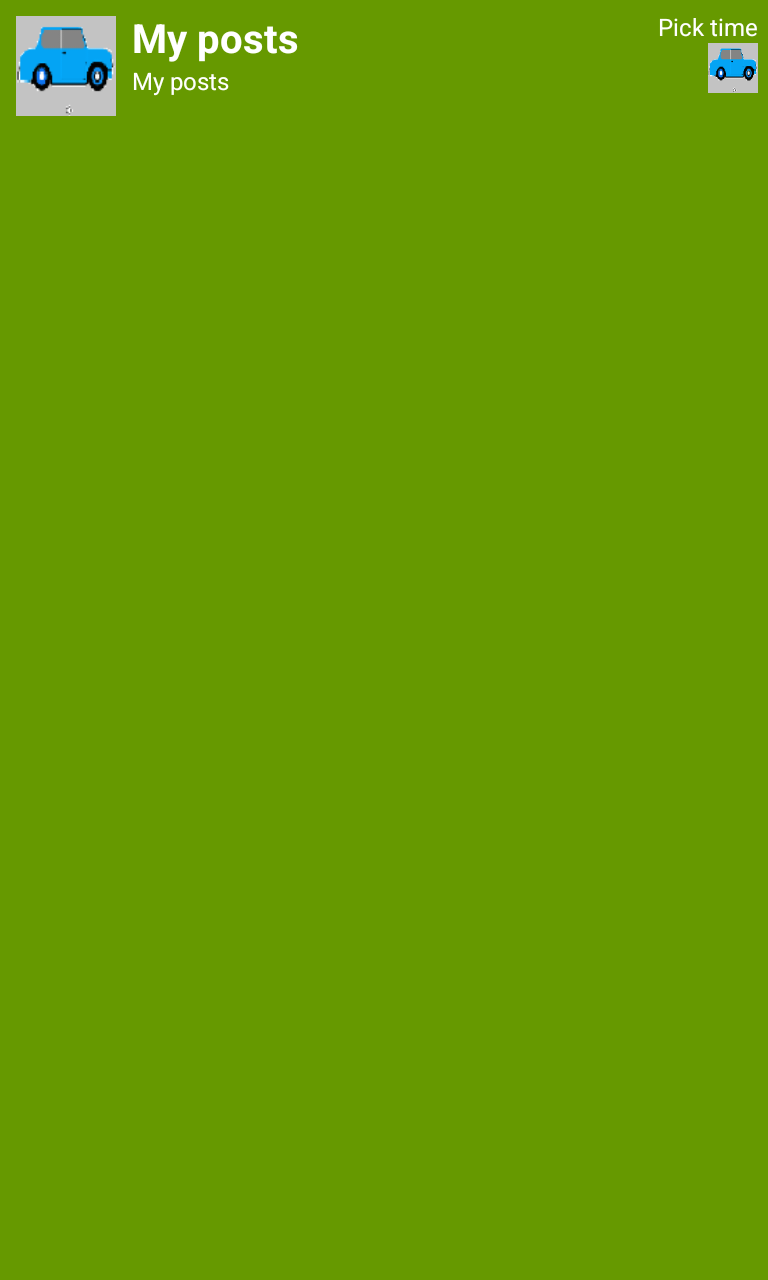
Repository: bwoldemi/LilyTrans
Layout: TransLily/res/layout/ask_ride_list_view.xml
An editor plug-in stored every save of this project. The layout is shown before and after the next save, followed by the edit.
It is drawn on a 768 x 1280 px phone screen (xhdpi) without system bars, with theme AppTheme; the app's code is not run.

Above is the layout before, as saved 2014-11-08 15:43:18.

### TransLily/res/layout/ask_ride_list_view.xml
<?xml version="1.0" encoding="utf-8"?>
<RelativeLayout xmlns:android="http://schemas.android.com/apk/res/android"
    android:layout_width="match_parent"
    android:layout_height="wrap_content"
    android:background="@color/background"
    android:padding="5dp" >

    <LinearLayout
        android:id="@+id/thumbnail"
        android:layout_width="wrap_content"
        android:layout_height="wrap_content"
        android:layout_alignParentLeft="true"
        android:layout_marginRight="5dip"
        android:padding="3dip" >

        <ImageView
            android:id="@+id/list_image"
            android:layout_width="50dip"
            android:layout_height="50dip"
            android:contentDescription="@string/lily"
            android:src="@drawable/ic_launcher" />
    </LinearLayout>

    <TextView
        android:id="@+id/starting_destination_point_tv_ask"
        android:layout_width="wrap_content"
        android:layout_height="wrap_content"
        android:layout_alignTop="@+id/thumbnail"
        android:layout_toRightOf="@+id/thumbnail"
        android:text="@string/My_Post_rides"
        android:textColor="@color/text_color"
        android:textSize="20sp"
        android:textStyle="bold"
        android:typeface="sans" />

    <TextView
        android:id="@+id/service_group_tv"
        android:layout_width="wrap_content"
        android:layout_height="wrap_content"
        android:layout_below="@+id/starting_destination_point_tv_ask"
        android:layout_toRightOf="@+id/thumbnail"
        android:text="@string/My_Post_rides"
        android:textColor="@color/text_color"
        android:textSize="12sp" />

    <TextView
        android:id="@+id/picking_time_tv"
        android:layout_width="wrap_content"
        android:layout_height="wrap_content"
        android:layout_alignParentRight="true"
        android:layout_alignTop="@+id/starting_destination_point_tv_ask"
        android:text="@string/pick_time"
        android:textColor="@color/text_color"
        android:textSize="12sp" />

    <ImageView
        android:layout_width="25dip"
        android:layout_height="25dip"
        android:layout_alignParentRight="true"
        android:layout_below="@+id/picking_time_tv"
        android:contentDescription="@string/lily"
        android:src="@drawable/ic_launcher" />

    <TextView
        android:id="@+id/ask_ride_request_tv"
        android:layout_width="wrap_content"
        android:layout_height="wrap_content"
        android:layout_alignBottom="@+id/service_group_tv"
        android:layout_toLeftOf="@+id/picking_time_tv"
        android:textColor="@color/text_color" />

</RelativeLayout>

### TransLily/res/values/strings.xml
<?xml version="1.0" encoding="utf-8"?>
<resources>

    <string name="app_name">TransLily</string>
    <string name="hello_world">Hello world!</string>
    <string name="action_settings">Settings</string>
    <string name="lily">LILY Transportation </string>
    <string name="from">From: </string>
    <string name="starting_location">Enter starting point</string>
    <string name="destination_point">To: </string>
    <string name="ending_location">Enter your destination</string>
    <string name="senior_name"> Name: </string>
    <string name="typein_name"> Enter your full name here</string>
    <string name="contact_info"> Phone Number: </string>
    <string name="phone_number"> e.g 0458749818 </string>
    <string name="button_askride"> Search rides</string>
    <string name="button_offerride"> Offer ride</string>
    <string name="pick_time"> Pick time </string>
    <string name="pick_date"> Pick date </string>
    <string name="title_activity_ask_ride">Ask Ride Page</string>
    <string name="title_activity_booked_ride">BookedRideActivity</string>
    <string name="show_my_booked_rides">Show my booked rides</string>
    <string name="title_activity_post_ride">Post Ride Page</string>
    <string name="search_ride">Search ride </string>
    <string name="post_ride">Post ride </string>
    <string name="My_request_rides">My request rides </string>
    <string name="My_Post_rides">My posts </string>
    <string name="welcome_message">Welcome To Lily Transport </string>
    <string name="service_provider">Service provider </string>
    <string name="taxi_id">Taxi id/ Name</string>
    <string name="starting_point">Starting point</string>
    <string name="destination"> Destination </string>
    <string name="date"> Date </string>
    <string name="number_of_person">Number of Person</string>
    <string name="comment">Comment </string>
    <string name="title_activity_my_post_rides">My Post Rides Page</string>
    <string name="title_activity_reserved_post_rides">ReservedPostRides</string>
    <string name="cancel">Cancel</string>
    <string name="approve">Approve</string>
    <string name="save">Save</string>
    <string name="please_enter_name_phone"> Please eneter your name and phonenumber</string>
    <string name="full_name">Full Name</string>
    <string name="com.lily.pre">com.lily.pre</string>
    <string name="save_changes">Save Changes</string>
    <string name="change_your_data">Change your data</string>
    <string name="sort_rides">Sort Search </string>

    <color name="text_color">#FFF</color>
    <color name="background">#669900</color>

    <string name="title_activity_basic_info">BasicInfoActivity</string>
    <string name="title_activity_setting">Setting</string>

</resources>

Loaded but not shown: TransLily/res/values/styles.xml (common file); TransLily/res/values-v11/styles.xml (common file); TransLily/res/values-v14/styles.xml (common file)

After the next save:
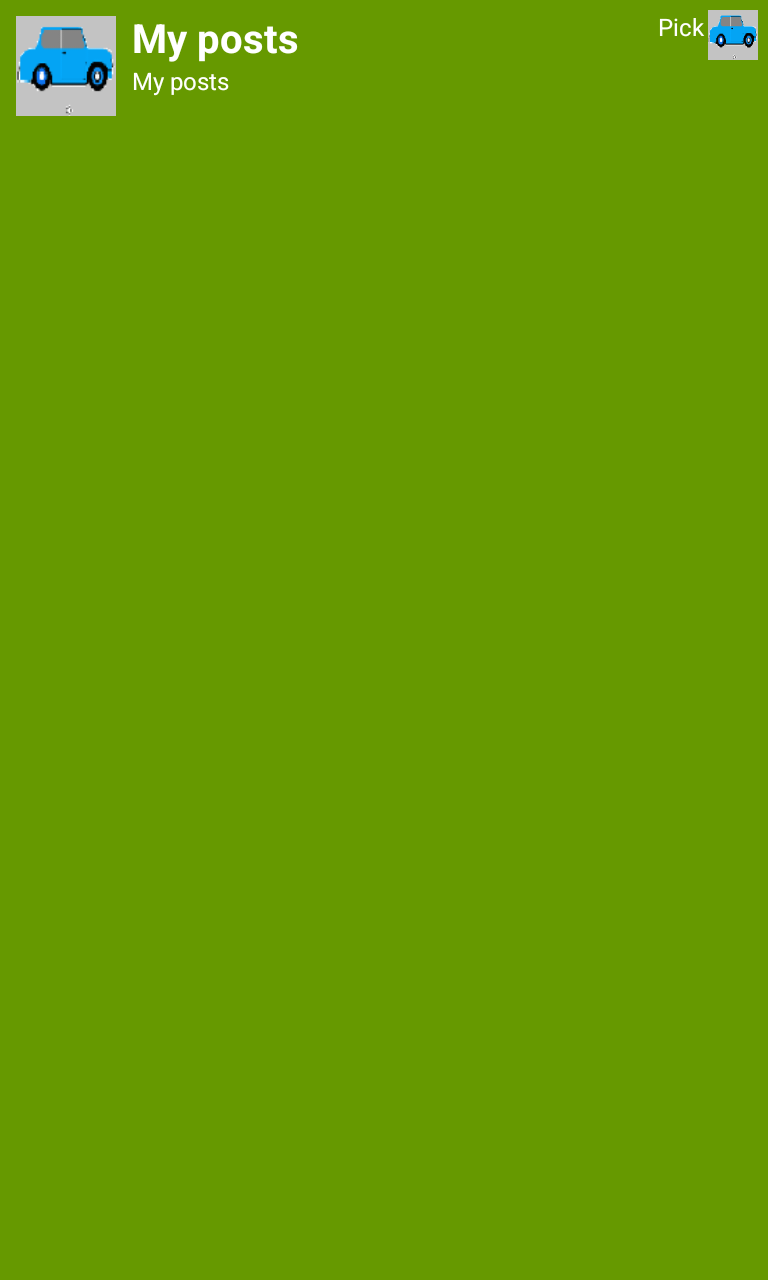
Saved 49 min 53 s later.
--- a/TransLily/res/layout/ask_ride_list_view.xml
+++ b/TransLily/res/layout/ask_ride_list_view.xml
@@ -57,7 +57,7 @@
         android:layout_width="25dip"
         android:layout_height="25dip"
         android:layout_alignParentRight="true"
-        android:layout_below="@+id/picking_time_tv"
+        android:layout_below="@+id/ar"
         android:contentDescription="@string/lily"
         android:src="@drawable/ic_launcher" />
 

After the save that followed:
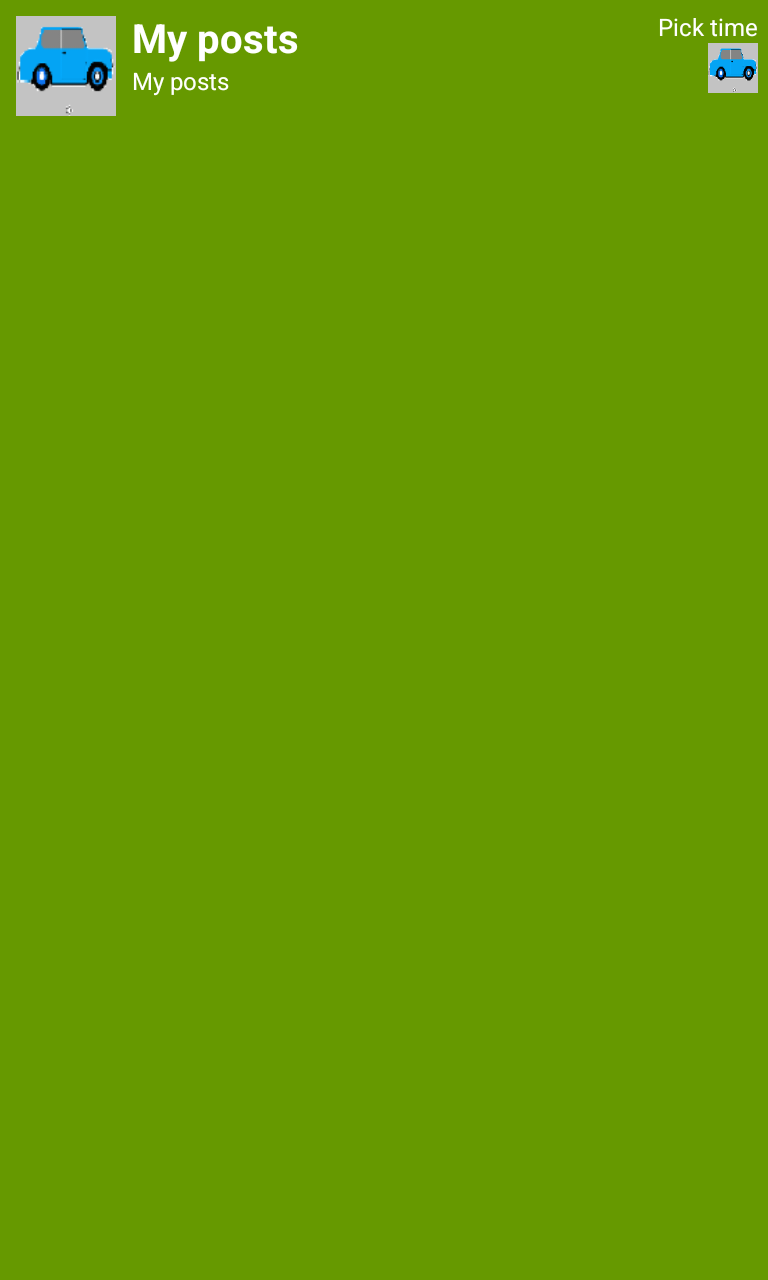
Saved 15 s later.
--- a/TransLily/res/layout/ask_ride_list_view.xml
+++ b/TransLily/res/layout/ask_ride_list_view.xml
@@ -57,7 +57,7 @@
         android:layout_width="25dip"
         android:layout_height="25dip"
         android:layout_alignParentRight="true"
-        android:layout_below="@+id/ar"
+        android:layout_below="@+id/picking_time_tv"
         android:contentDescription="@string/lily"
         android:src="@drawable/ic_launcher" />
 
